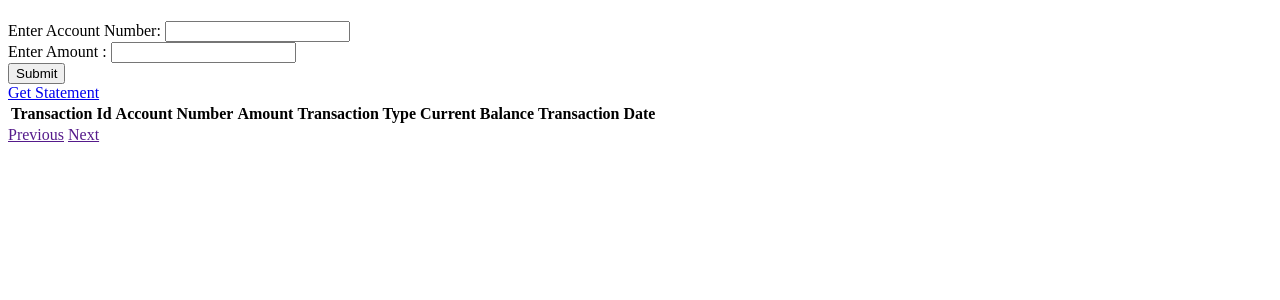
Repository: tejeskhandagale400/Bankapp_Circuit_Breaker
Page: http://localhost/website/WEB-INF/jsp/statements.jsp
The author's editor kept a copy of each file at every save. The page is drawn from the files as they stood at one save, then again after the next save.
The browser window is 1280 px wide. The pictures show the whole page.
The page is served by Tomcat 9. Nobody is signed in. Other server files are loaded and not shown. The template is opened directly, without the code that normally fills it, so the values that code supplies are empty.

Above is the page before, as saved 2019-01-25 12:09:05.

### website/src/main/webapp/WEB-INF/jsp/statements.jsp
<%@ page language="java" contentType="text/html; charset=ISO-8859-1" pageEncoding="ISO-8859-1"%>
<%-- <%@ taglib prefix="jstl" uri="http://java.sun.com/jstl/core"%> --%>
<%@ taglib prefix="jstl" uri="http://java.sun.com/jstl/core_rt" %>
<%-- <%@ page isELIgnored="false"%> --%>
<!DOCTYPE html>
<html>
<head>
<meta charset="ISO-8859-1">
<title>Insert title here</title>
</head>
<body>
<h1>${message}</h1>
<form action="deposit" method="post">
	Enter Account Number: <input name="accountNumber"/><br/>
	Enter Amount : <input name="amount"/><br/>
	<input type="submit"/>
</form>

<div>
	<a href="statement?offset=1&size=5">Get Statement</a>
</div>
<div>
	<table>
		<tr>
			<th>Transaction Id</th>
			<th>Account Number</th>
			<th>Amount</th>
			<th>Transaction Type</th>
			<th>Current Balance</th>
			<th>Transaction Date</th>
		</tr>
		<%-- <jstl:if test = "${currentDataSet.transactions} != null"> --%>
			<jstl:forEach var="transactions" items="${currentDataSet.transactions}">
				<tr>
					<td>${transactions.transactionId}</td>
					<td>${transactions.accountNumber}</td>
					<td>${transactions.amount}</td>
					<td>${transactions.transactionType}</td>
					<td>${transactions.currentBalance}</td>
					<td>${transactions.transactionDate}</td>
				</tr>
			</jstl:forEach>
		<%-- </jstl:if> --%>
	</table>
	<div>
		<a href="${currentDataSet.previousLink.href}">Previous</a>
		<a href="${currentDataSet.nextLink.href}">Next</a>
	</div>
</div>

</body>
</html>

After the next save:
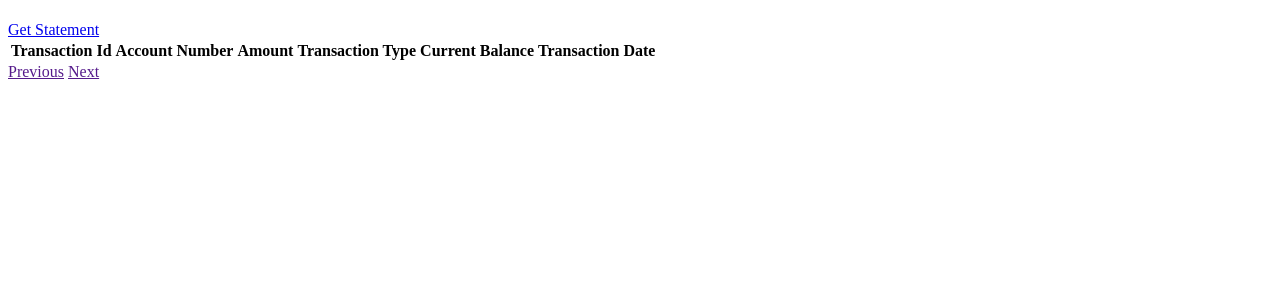
Saved 2 min 38 s later.
--- a/website/src/main/webapp/WEB-INF/jsp/statements.jsp
+++ b/website/src/main/webapp/WEB-INF/jsp/statements.jsp
@@ -10,11 +10,7 @@
 </head>
 <body>
 <h1>${message}</h1>
-<form action="deposit" method="post">
-	Enter Account Number: <input name="accountNumber"/><br/>
-	Enter Amount : <input name="amount"/><br/>
-	<input type="submit"/>
-</form>
+
 
 <div>
 	<a href="statement?offset=1&size=5">Get Statement</a>
